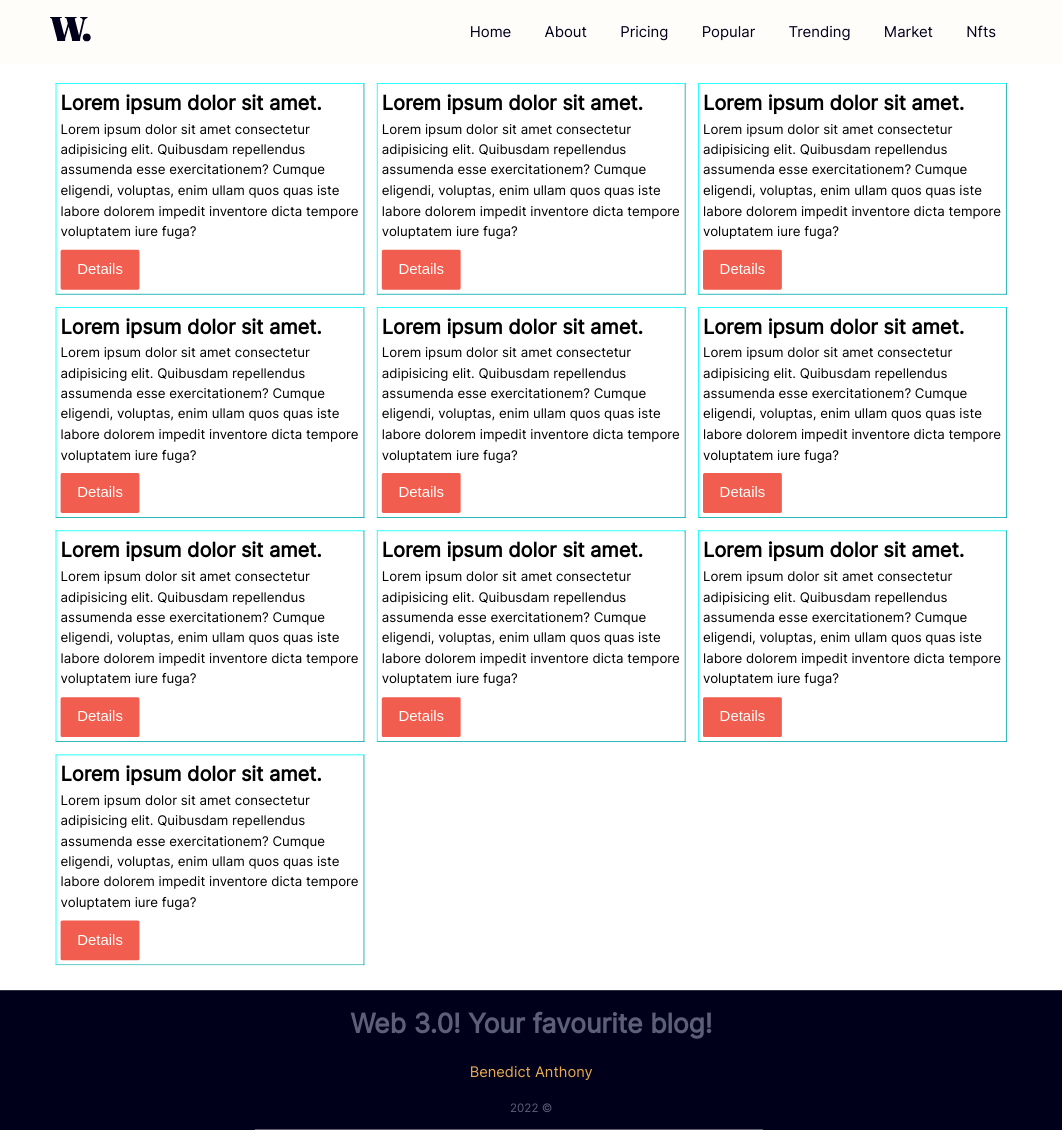
Repository: Benedict-Anthony/web3.0-blog-chain
Page: /market
The author's editor kept a copy of each file at every save. The page is drawn from the files as they stood at one save, then again after the next save.
The browser window is 1280 px wide. The pictures show the whole page, at 83% of full size.
The project was rebuilt for these pictures with package versions that can differ from the ones it lists, and the page was loaded fresh each time. The framework's server and built-in components were replaced by stand-ins that run in the browser. Also part of the build but not shown: next.config.js, styles/styles.css.

Above is the page before, as saved 2022-12-22 05:23:06.

### pages/_app.tsx
import '../styles/globals.scss'
import type { AppProps } from 'next/app'
import NavBar from '../components/NavBar'
import "@/styles/styles.css"
import { Footer } from 'components/Footer'
export default function App({ Component, pageProps }: AppProps) {
  return (
    <>
      <NavBar />
      <Component {...pageProps} />
      <Footer/>
    </>
  )
}

### pages/market.tsx
import React from 'react'
import Layout from 'components/Layout';
import Market from 'components/Market';
import MarketStyles from "@/styles/Market.module.scss"
const market = () => {
  return (
      <Layout title='Web 3.0 | market News' description='market system top news' keyword='crytopcurrency, coin, web 3, news'>
          <section className={MarketStyles.section}>
              {[1,2,3,4,5,6,7,8,9,0].map((market) => (
                  <Market key={market}/>

              ))}
          </section>
      </Layout>
  )
}

export default market

### styles/globals.scss
:root{
  --SoftOrange: hsl(35, 77%, 62%);
  --SoftRed: hsl(5, 85%, 63%);

  --Red: hsl(0, 78%, 62%);
  --Cyan: hsl(180, 62%, 55%);
  --Orange: hsl(34, 97%, 64%);
  --Blue: hsl(212, 86%, 64%);

  --OffWhite: hsl(36, 100%, 99%);
  --GrayishBlue: hsl(233, 8%, 79%);
  --DarkGrayishBlue: hsl(236, 13%, 42%);
  --VeryDarkBlue: hsl(240, 100%, 5%);
}

@font-face{
  font-family: "Inter";
  src: url("/landing/assets/fonts/static/inter-Bold.ttf");
  src: url("/landing/assets/fonts/static/inter-ExtraBold.ttf");
  src: url("/landing/assets/fonts/static/inter-Regular.ttf");
}

*::after, *::before, *{
  padding: 0;
  margin: 0;
  box-sizing: border-box;
  transition: all .3s ease;
  line-height: 1.54em;
}


ul,li{
  list-style: none;
}

html{
  scroll-behavior: smooth;
}

body{
  font-family: "Inter";
}

.swiper {
    overflow: visible;
}

### components/NavBar.tsx
import React, { useEffect } from 'react'
import {useState} from "react"
import Image from 'next/image'
import Link from 'next/link';
import NavBarStyles from "@/styles/navBar.module.scss";
import { useRouter } from 'next/router';

const NavBar = () => {
  const [mobileActive, setMobileActive] = useState(false)
  const route = useRouter()

  useEffect(() => {
    setMobileActive(false)
  }, [route.pathname])
  return (

        <header className={NavBarStyles.header}>
          <nav className={NavBarStyles.nav}>
               <div className="logo">
                <Image src="/landing/assets/images/logo.svg" alt="" width={50} height={30} />
              </div>

              <ul style={{
                right: mobileActive ? "0" : "calc(100vw + 50px)"
              }}>
                  <li><Link href={"/"}>Home</Link></li>
                  <li><Link href={"/about"}>About</Link></li>
                  <li><Link href={"/pricing"}>Pricing</Link></li>
                  <li><Link href={"/popular"}>Popular</Link></li>
                  <li><Link href={"/trending"}>Trending</Link></li>
                  <li><Link href={"/market"}>Market</Link></li>
                  <li><Link href={"/nft"}>Nfts</Link></li>

              </ul>

                  <div className={NavBarStyles.toggler} onClick={() => setMobileActive(!mobileActive)}>
                      <Image src={`/landing/assets/images/${mobileActive ? "icon-menu-close.svg" : "icon-menu.svg"}`} alt="" width={25} height={20} />
            </div>

         </nav>
    </header>

  )
}

export default NavBar

### components/Footer.tsx
import React from 'react'
import Footerstyles from "@/styles/Footer.module.scss"
export const Footer = () => {
    const year = new Date().getFullYear()
  return (
    <footer className={Footerstyles.footer}>
        <h3>Web 3.0! Your favourite blog!</h3>
          <p>Benedict Anthony</p>
          <div>{ year} &copy;</div>
    </footer>
  )
}

### components/Layout.tsx
import React, { FC } from 'react'
import UtilsStyles from "@/styles/Utils.module.scss";
import {ReactNode} from "react"
import  Head  from 'next/head';

type layoutProps = {
  children: ReactNode,
  title: string
  description: string
  keyword: string
}
const Layout = ({children, title, description, keyword}:layoutProps) => {
  return (
    <>

      <Head>
        <title>{title}</title>
        <meta name='description' content={description} />
        <meta name='keywords' content={keyword} />
    </Head>
    <main className={UtilsStyles.container}>
      <section className={UtilsStyles.spaceY}>
        {children}
      </section>
      </main>
    </>
  )
}

export default Layout

### components/Market.tsx
import React from 'react'
import Button from './Button'
import MarketStyles from "@/styles/Market.module.scss"

const Market = () => {
  return (
    <article className={MarketStyles.article}>
          <h2>Lorem ipsum dolor sit amet.</h2>
          <p>Lorem ipsum dolor sit amet consectetur adipisicing elit. Quibusdam repellendus assumenda esse exercitationem? Cumque eligendi, voluptas, enim ullam quos quas iste labore dolorem impedit inventore dicta tempore voluptatem iure fuga?</p>
          <Button title='Details'/>
    </article>
  )
}

export default Market

### styles/Market.module.scss
.section{
    margin-top: 20px;
    display: grid;
    grid-template-columns: repeat(auto-fit, minmax(20rem, 1fr));
    justify-content: center;
    align-items: center;
    gap: 15px;

}

.article{
    border: 1px outset cyan;
    padding: 5px;
}

### styles/navBar.module.scss
.header{
    position: fixed;
    top: 0;
    right: 0;
    left: 0;
    // max-width: 1160px;
    margin: 0 auto;
    padding: 20px;
     background-color: var(--OffWhite);
     z-index:10;
    //  box-shadow:  2px 1px 3px var(--DarkGrayishBlue);
}

.nav{
    display: flex;
    justify-content: space-between;
    align-items: center;
     max-width: 1160px;
    margin: 0 auto;

    .logo{
        width: 50px;
    }

    ul{
        display: flex;
        align-items: center;
        justify-content: space-between;

        li{
            margin: 0 20px;

            a{
                text-decoration: none;
                font-size: 18px;
                color: var(--VeryDarkBlue);
                font-family: "Inter";
                font-weight: 400;
                &:hover{
                    color: var(--SoftRed);
                    cursor: pointer;
                }
            }
        }
    }

    @media(max-width:767px) {
        ul{
            position: absolute;
            top: 0;
            width: 80%;
            background-color: var(--OffWhite);
            box-shadow: 2px 2px 3px var(--DarkGrayishBlue);
            height: 100vh;
            flex-flow: column;
            justify-content: center;
            align-items: flex-start;
            padding-left: 10px;

            li{
                margin: 20px 0;

                a{
                    font-size: 22px;
                }
            }

        }


    }
}



.toggler{
        display: none;


        @media(max-width:767px) {
            display: block;
            z-index: 10;
        }
    }

### styles/Footer.module.scss
.footer{
    display: flex;
    align-items: center;
    justify-content: center;
    flex-direction: column;
    gap: 20px;
    padding: 15px 5px;
    color: var(--DarkGrayishBlue);
    background-color: var(--VeryDarkBlue);
    margin-top: 30px;
    text-align: center;

    h3{
        // color:var(--Blue);
        font-size: 2rem;
    }
    p{
        color: var(--SoftOrange);
        font-size: 1.1rem;
    }

    div{
        // color: var(--SoftOrange);
        font-size: 14px;
    }
}

### styles/Utils.module.scss
.container{
    max-width: 1160px;
    margin: 0 auto;
    overflow:hidden;
    padding: 0 7px;
}

.spaceY{
    padding-top: 2.5rem;
    margin-top: 2.5rem;
}

### components/Button.tsx
import React from 'react'
import ButtonbStyles from "@/styles/Button.module.scss"
type ButtonProps = {
    title:string
}
const Button = ({title}: ButtonProps) => {
  return (
    <button className={ButtonbStyles.button}>
      {title}
    </button>
  )
}

export default Button

### styles/Button.module.scss
.button{
    display: inline-block;
    color: var(--OffWhite);
    padding: 10px 20px;
    border: 0;
    background-color: var(--SoftRed);
    margin-top: 10px;
    font-size: 18px;
    border-radius: 2px;
    text-transform: capitalize;

    &:hover{
        cursor: pointer;
        background-color: var(--VeryDarkBlue);
    }
}

After the next save:
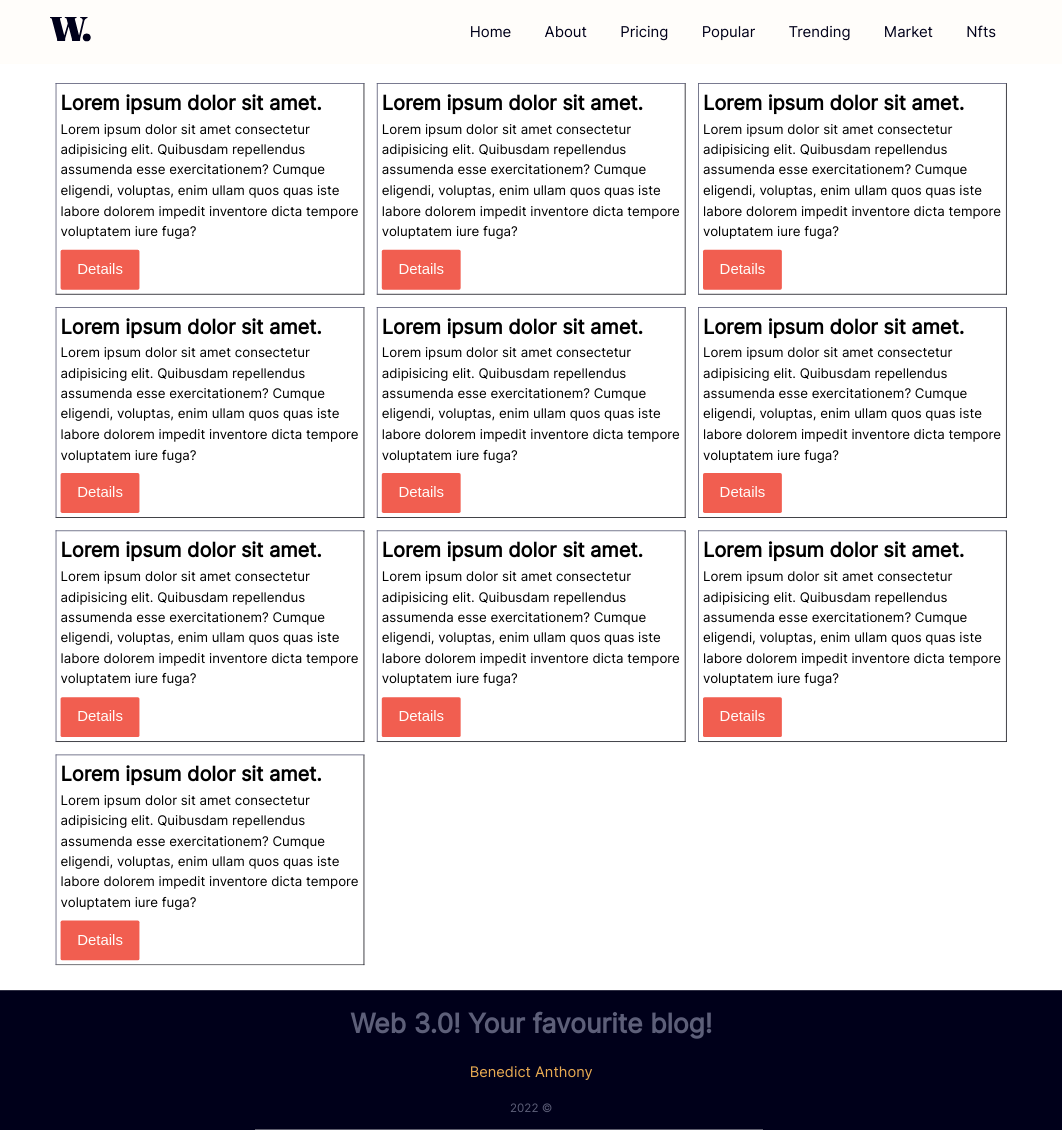
Saved 21 s later.
--- a/styles/Market.module.scss
+++ b/styles/Market.module.scss
@@ -9,6 +9,6 @@
 }
 
 .article{
-    border: 1px outset cyan;
+    border: 1px outset var(--DarkGrayishBlue);
     padding: 5px;
 }
